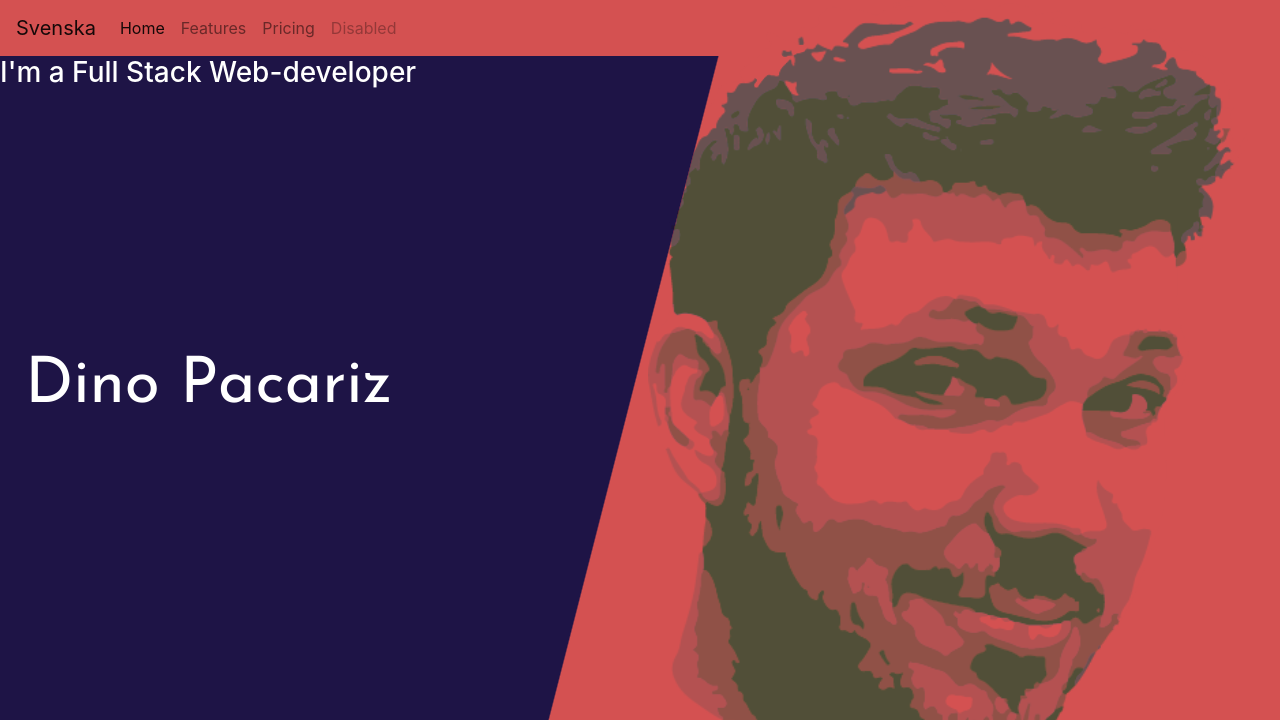
Repository: ImDino/Portfolio
Page: index.html
The author's editor kept a copy of each file at every save. The page is drawn from the files as they stood at one save, then again after a run of saves.
The browser window is 1280 px wide. The pictures show the whole page.
Some web libraries are served in a nearby version. The style sheet was rebuilt from its Sass, Less or Tailwind sources for each picture, by a compiler version that may differ from the author's.

Above is the page before, as saved 2020-11-04 00:18:47.

After the next 2 saves:
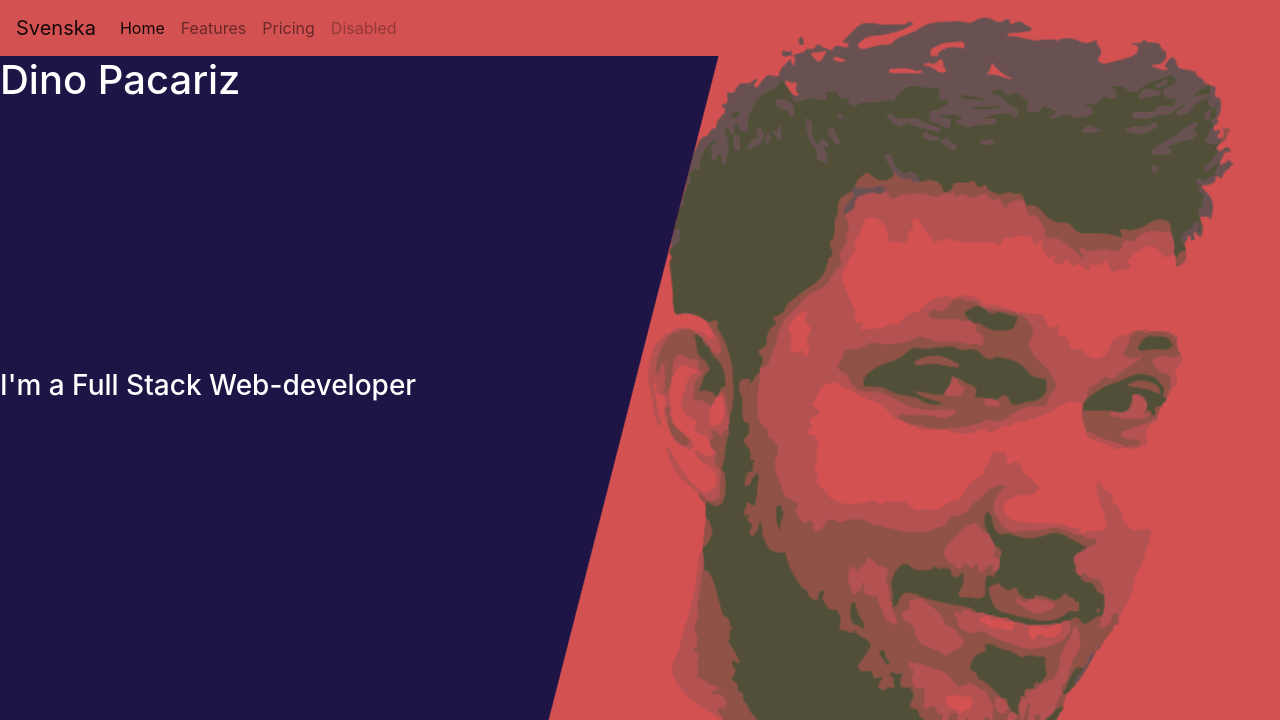
The 2 saves are shown as one change because they came seconds apart.
The last was saved 6 s later.
--- a/index.html
+++ b/index.html
@@ -41,9 +41,9 @@
         </div>
     </nav>
     <div id='purple-div'>
-        <h1>Dino Pacariz</h1>
+        <h3>I'm a Full Stack Web-developer</h3>
     </div>
-    <h3>I'm a Full Stack Web-developer</h3>
+    <h1>Dino Pacariz</h1>
     <div id='face'>
         <img src="img/vectorFace.png" alt="">
     </div>
